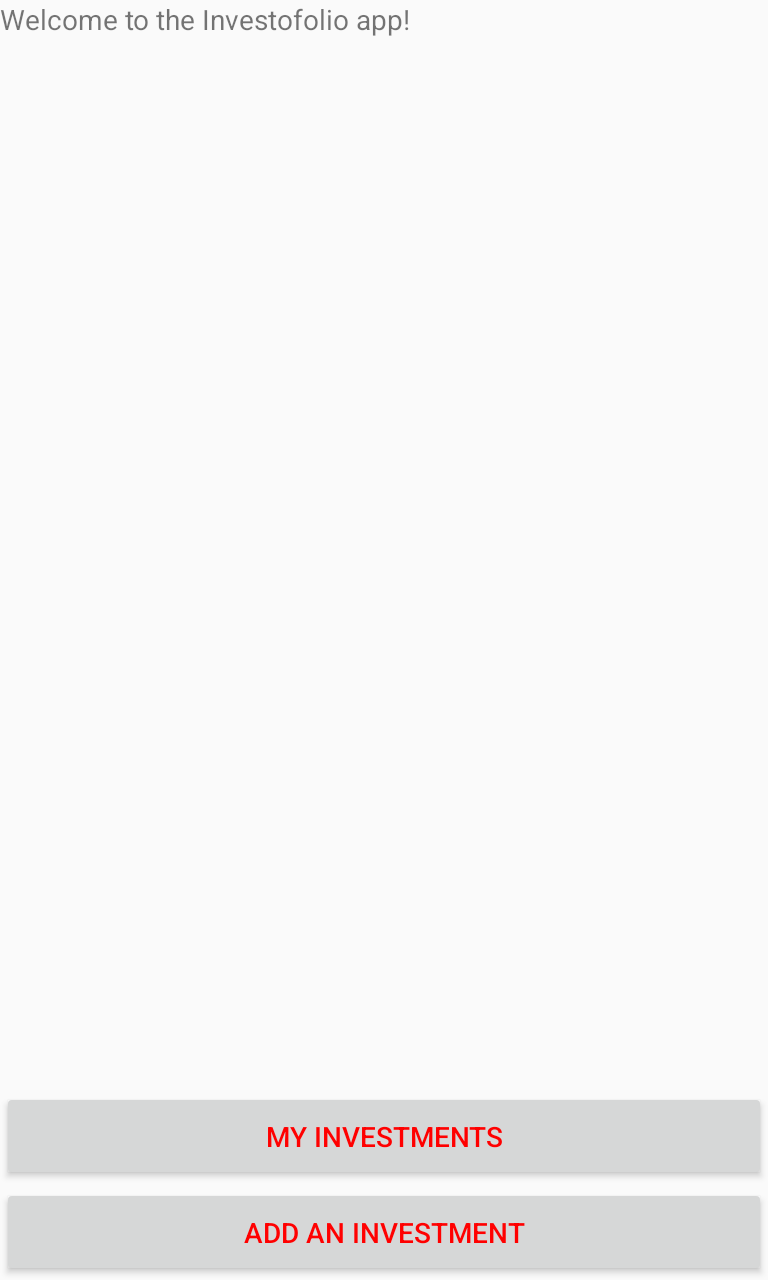
Repository: apoorvelec/AndroidApps
Layout: Investofolio/res/layout/activity_main.xml
The author's editor kept a copy of each file at every save. The layout is drawn from the files as they stood at one save, then again after the next save.
It is drawn on a 768 x 1280 px phone screen (xhdpi) without system bars, with theme AppTheme; the app's code is not run.

Above is the layout before, as saved 2017-01-06 05:53:44.

### Investofolio/res/layout/activity_main.xml
<LinearLayout xmlns:android="http://schemas.android.com/apk/res/android"
    xmlns:tools="http://schemas.android.com/tools"
    android:layout_width="match_parent"
    android:layout_height="match_parent"
    android:orientation="vertical"
    tools:context="${relativePackage}.${activityClass}" >

    <TextView
        android:layout_width="match_parent"
        android:layout_height="50dp"
        android:layout_weight="0.01"
        android:text="@string/welcome_message" />

    <Button
        android:layout_width="match_parent"
        android:layout_height="wrap_content"
        android:text="My Investments"
        android:textColor="@color/button_font_color" />

    <Button
        android:layout_width="match_parent"
        android:layout_height="wrap_content"
        android:text="Add an Investment"
        android:textColor="@color/button_font_color" />

</LinearLayout>

### Investofolio/res/values/styles.xml
<resources>

    <!--
        Base application theme, dependent on API level. This theme is replaced
        by AppBaseTheme from res/values-vXX/styles.xml on newer devices.
    -->
    <style name="AppBaseTheme" parent="Theme.AppCompat.Light">
        <!--
            Theme customizations available in newer API levels can go in
            res/values-vXX/styles.xml, while customizations related to
            backward-compatibility can go here.
        -->
    </style>

    <!-- Application theme. -->
    <style name="AppTheme" parent="AppBaseTheme">
        <!-- All customizations that are NOT specific to a particular API-level can go here. -->
    </style>
	<color name="button_color">#eaeaea</color>
	<color name="button_font_color">#ff0000</color>
</resources>

### Investofolio/res/values/strings.xml
<?xml version="1.0" encoding="utf-8"?>
<resources>

    <string name="app_name">Investofolio</string>
    <string name="hello_world">Hello world!</string>
    <string name="welcome_message">Welcome to the Investofolio app!</string>

</resources>

Loaded but not shown: Investofolio/res/values-v11/styles.xml (common file); Investofolio/res/values-v14/styles.xml (common file)

After the next save:
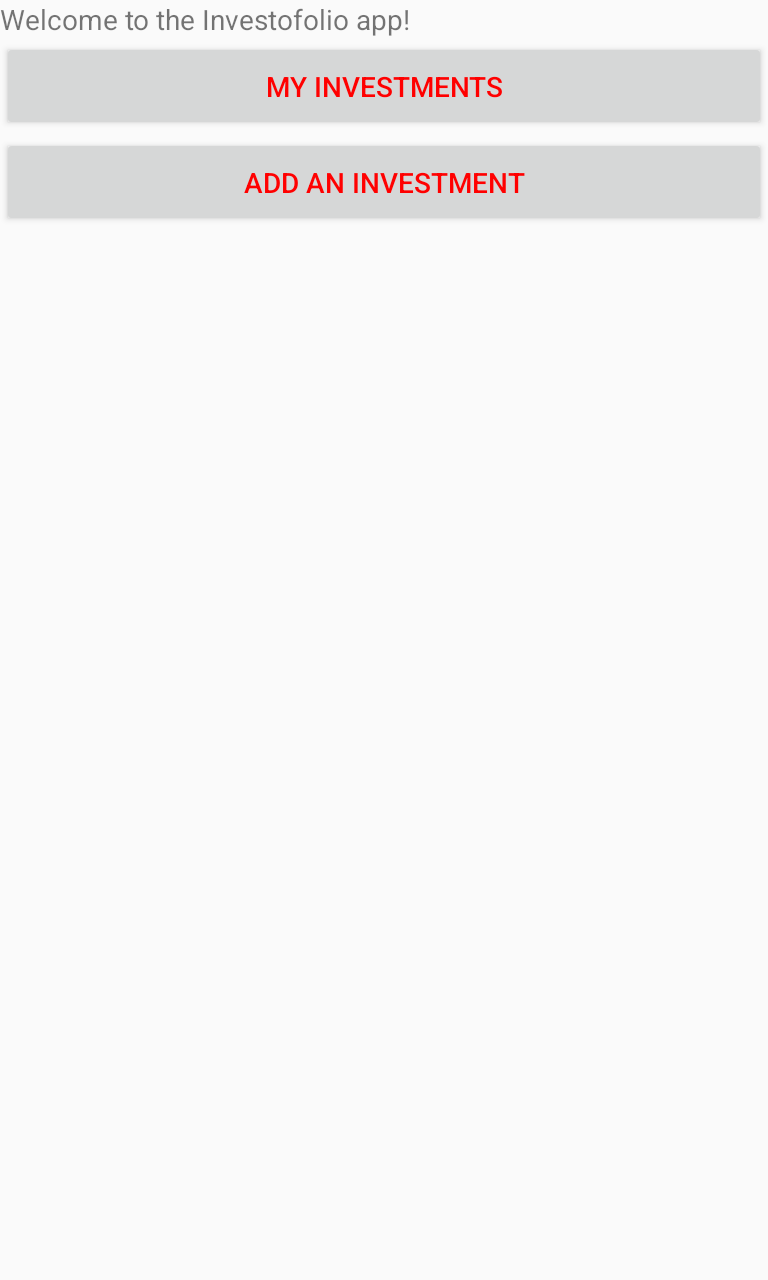
Saved 17 s later.
--- a/Investofolio/res/layout/activity_main.xml
+++ b/Investofolio/res/layout/activity_main.xml
@@ -7,8 +7,7 @@
 
     <TextView
         android:layout_width="match_parent"
-        android:layout_height="50dp"
-        android:layout_weight="0.01"
+        android:layout_height="wrap_content"
         android:text="@string/welcome_message" />
 
     <Button
